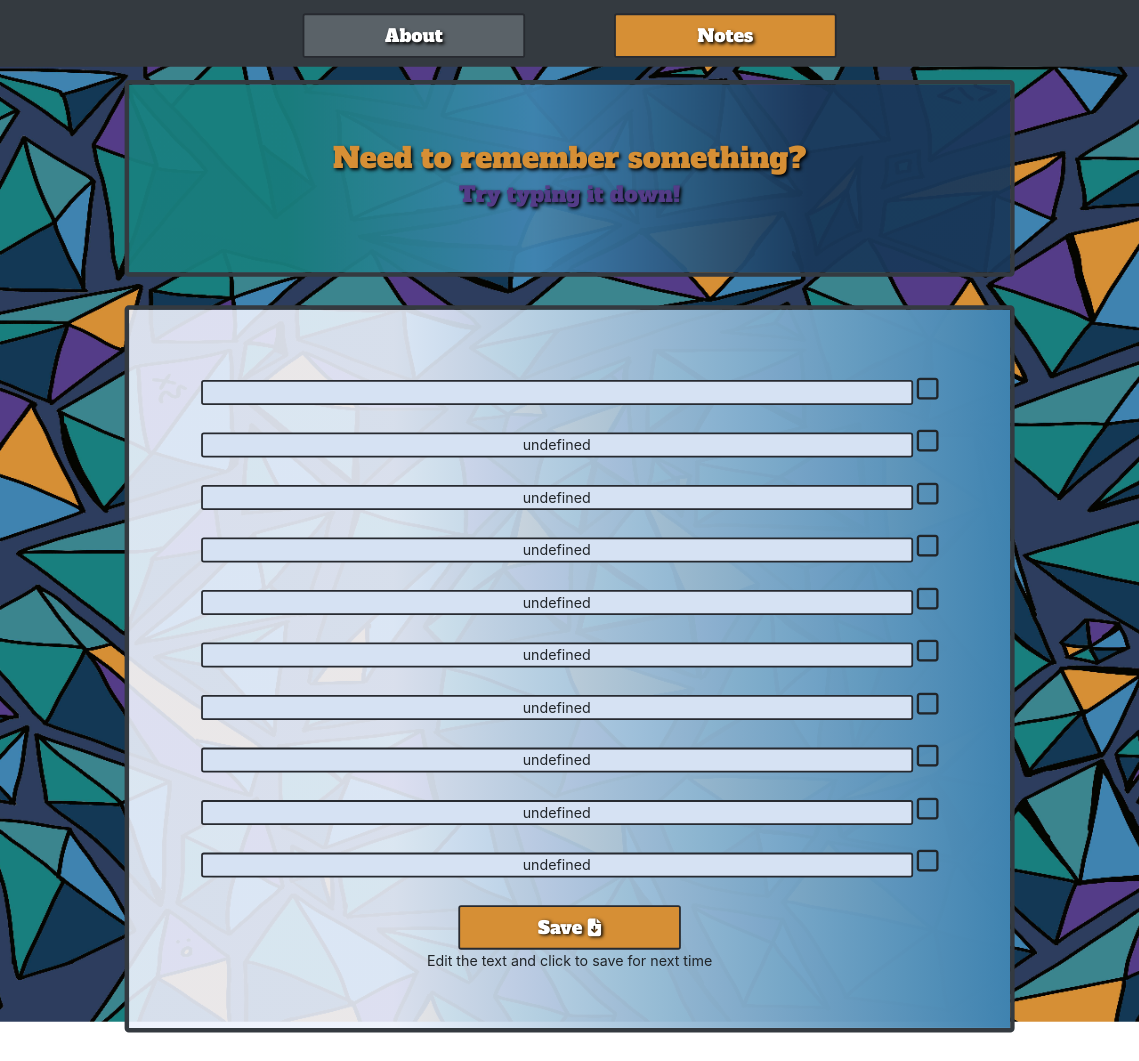
Repository: Kamicoda/Mynote
Page: index.html
The author's editor kept a record of every edit. The page is drawn from the files as they stood at one moment, then again after the next edit.
The browser window is 1280 px wide. The pictures show the whole page, at 89% of full size.
The pointer rests on the first visible `.btn-secondary`.
Backgrounds fixed to the window are drawn as part of the page. Some web fonts or font styles are not loaded; a fallback is used. Some web libraries are served in a nearby version.

Above is the page before.

### index.html
<!DOCTYPE html>
<html lang="en">

<head>
    <meta charset="UTF-8">
    <meta name="viewport" content="width=device-width, initial-scale=1.0">
    <meta http-equiv="X-UA-Compatible" content="ie=edge">
    <title>Document</title>


    <!--Bootstrap-->
    <link rel="stylesheet" href="https://maxcdn.bootstrapcdn.com/bootstrap/4.2.1/css/bootstrap.min.css" type="text/css" />
    <link rel="stylesheet" href="https://cdnjs.cloudflare.com/ajax/libs/hover.css/2.3.1/css/hover-min.css" type="text/css" />
    <!--Css-->
    <link rel="stylesheet" href="assets/style/style.css" type="text/css" />
    <link href="https://fonts.googleapis.com/css?family=Alfa+Slab+One&display=swap" rel="stylesheet">
    <!--Jquery-->
    <script src="https://code.jquery.com/jquery-3.4.1.min.js" integrity="sha256-CSXorXvZcTkaix6Yvo6HppcZGetbYMGWSFlBw8HfCJo=" crossorigin="anonymous"></script>

    <!--Scripts-->
    <script src="https://kit.fontawesome.com/06adabaaa3.js"></script>
    <script type="text/javascript" src="assets/js/script1.js"></script>
    <script type="text/javascript" src="assets/js/script2.js"></script>


</head>

<body class="bgbody" onload="checkEdits()">

    <!--navigation-->
    <div class="container-fluid bg-dark">
        <ul class="nav justify-content-center w-100">
            <li class="nav-item">
                <button id="aboutNav" type="button" class="btn btn-secondary btn-lg border border-light">About</button>
            </li>
            <li class="nav-item">
                <button id="notesNav" type="button" class="btn btn-primary btn-lg border border-light">Notes</button>
            </li>

        </ul>
    </div>

    <div class="jumbotron border border-dark header bg-grey mx-auto">
        <div class="row">
            <div id="headerwelcome" class="col-12">
                <h2 class="fancytext"> Need to remember something?</h2>
                <h4 class="fancytextsm">Try typing it down!</h4>
            </div>

            <div id="headerabout" class="col-12">
                <h2 class="fancytext"> Aboot, Abouut, Abuuut!</h2>
                <h4 class="fancytextsm">have a quick read</h4>
            </div>

            <div id="headernotes" class="col-12">
                <h2 class="fancytext"> Don't forget to not forget!</h2>
                <h4 class="fancytextsm">Also don't forget to keep it stupidly simple</h4>
            </div>
        </div>
    </div>

    <div class="jumbotron border border-dark cont header mx-auto">
        <div class="container-flex">


            <section id="aboutSec">
                <div class="row">
                    <div class="col-12">
                        <p>here to help you remember!</p>
                        <div class="row">
                            <div class="col-6">
                                <p>this website should make writing things down a little easier there are a few features to be added at some point,
                                but less off that just remember keep calm and make it concice youll get through whatever you need notes for! </p>
                                <hr class="my-2">
                                <p> to use simply type your note and hit save, thats it it will save a note to your local browser storage like how google autofills things for you.</p>
                            </div>
                            <div class="col-4">
                                <div class="catnote"></div>
                                <p>Don't end up like cat note!</p>
                            </div>
                        </div>
                    </div>
                </div>
        </div>
        </section>

        <section id="notesSec">
            <div class="row">

                <div class="col-12">
                    <div id="editList" class="row">

                        <div class="col-12">
                            <p id="edit" contenteditable="true" class="editableP border border-light"></p>
                            <div id="checkBox" class="checkbox">
                                <i id="fasquare" class="far fa-square"></i>
                                <i id="fabox" class="far fa-check-square"></i>
                            </div>
                        </div>

                        <div class="col-12">
                            <p id="edit1" contenteditable="true" class="editableP border border-light"></p>
                            <div id="checkBox1" class="checkbox">
                                <i id="fasquare1" class="far fa-square"></i>
                                <i id="fabox1" class="far fa-check-square"></i>
                            </div>
                        </div>

                        <div class="col-12">
                            <p id="edit2" contenteditable="true" class="editableP border border-light"></p>
                            <div id="checkBox2" class="checkbox">
                                <i id="fasquare2" class="far fa-square"></i>
                                <i id="fabox2" class="far fa-check-square"></i>
                            </div>
                        </div>

                        <div class="col-12">
                            <p id="edit3" contenteditable="true" class="editableP border border-light"></p>
                            <div id="checkBox3" class="checkbox">
                                <i id="fasquare3" class="far fa-square"></i>
                                <i id="fabox3" class="far fa-check-square"></i>
                            </div>
                        </div>

                        <div class="col-12">
                            <p id="edit4" contenteditable="true" class="editableP border border-light"></p>
                            <div id="checkBox4" class="checkbox">
                                <i id="fasquare4" class="far fa-square"></i>
                                <i id="fabox4" class="far fa-check-square"></i>
                            </div>
                        </div>

                        <div class="col-12">
                            <p id="edit5" contenteditable="true" class="editableP border border-light"></p>
                            <div id="checkBox5" class="checkbox">
                                <i id="fasquare5" class="far fa-square"></i>
                                <i id="fabox5" class="far fa-check-square"></i>
                            </div>
                        </div>

                        <div class="col-12">
                            <p id="edit6" contenteditable="true" class="editableP border border-light"></p>
                            <div id="checkBox6" class="checkbox">
                                <i id="fasquare6" class="far fa-square"></i>
                                <i id="fabox6" class="far fa-check-square"></i>
                            </div>
                        </div>

                        <div class="col-12">
                            <p id="edit7" contenteditable="true" class="editableP border border-light"></p>
                            <div id="checkBox7" class="checkbox">
                                <i id="fasquare7" class="far fa-square"></i>
                                <i id="fabox7" class="far fa-check-square"></i>
                            </div>
                        </div>

                        <div class="col-12">
                            <p id="edit8" contenteditable="true" class="editableP border border-light"></p>
                            <div id="checkBox8" class="checkbox">
                                <i id="fasquare8" class="far fa-square"></i>
                                <i id="fabox8" class="far fa-check-square"></i>
                            </div>
                        </div>

                        <div class="col-12">
                            <p id="edit9" contenteditable="true" class="editableP border border-light"></p>
                            <div id="checkBox9" class="checkbox">
                                <i id="fasquare9" class="far fa-square"></i>
                                <i id="fabox9" class="far fa-check-square"></i>
                            </div>

                            <div>
                                <button type="button " onclick="save()" class="btn btn-primary btn-lg border border-light saveButton">Save
                        <i class="fas fa-file-download"></i></button>
                            </div>

                            <div id="update"> Edit the text and click to save for next time </div>
                        </div>
                    </div>
                </div>
            </div>
        </section>
    </div>

</body>
<footer>

</footer>

</html>

### assets/style/style.css
@import url('https://fonts.googleapis.com/css?family=Roboto:100,200,300,400,500,600,700|Exo:100,200,300,400,500,600,700|Six Caps:100,200,300,400,500,600,700');
/* Palette URL: http://paletton.com/#uid=a3K0o0k6J95irOtlmmkmW6wBrbb */

/* Feel free to copy&paste color codes to your application */

/* As RGBa codes */

/*
base-grey
RGB: 38–41–47

dark blu
RGB: 9–26–63

light grey
RGB: 126–135–155

blue
RGB: 48–70–118

light blue
RGB: 102–143–232

*/

/* Generated by Paletton.com © 2002-2014 */

/* http://paletton.com */

/*Colors*/

.bg-dark {
    background-color: rgba(39, 42, 48, 1);
}

.bg-grey {
    background: rgb(24, 127, 126);
    background: linear-gradient(90deg, rgba(24, 127, 126, 0.95) 18%, rgba(63, 131, 176, 0.95) 46%, rgba(25, 56, 90, 0.95) 77%);
}

.bg-light {
    background-color: rgba(72, 63, 57, 0.5);

}

/*background*/

.border-dark {
    margin-top: 15px;
    border-width: 5px !important;

    border-bottom-style: solid;
    border-color: rgba(39, 42, 48, 1);
}

.border-light {
    margin-top: 15px;
    border-width: 2px !important;

    border-bottom-style: solid;
    border-color: rgba(39, 42, 48, 1) !important;
    border-radius: 3px;
}

.bgbody {
    background: url("notesBg.jpg");
    Margin: 0;
    background-position: center;
    background-repeat: no-repeat;
    background-attachment: fixed;
    min-width: 100%;
    z-index: -1;
}

.catnote {
    background: url("catnote.jpg");
    width: 300px;
    height: 218px;
    background-position: center;
}

.navigationbackground {
    position: fixed;
    height: 100%;
    width: 100%;
}

.nav-item {
    margin-left: 50px;
    margin-right: 50px;
    margin-bottom: 10px;
}

.btn {
    border-radius: 0;
    width: 250px;
    border-radius: 3px;
    font-family: 'Alfa Slab One', cursive;
    text-shadow: 2px 2px 4px #000000;
}

.btn-primary {
    background-color: #d68f35;
}
.btn-primary:hover {
    color: #fff;
    background-color: #ffad44;
}

.btn-primary.focus, .btn-primary:focus {
    box-shadow: 0 0 0 0.2rem rgb(243, 187, 116);
}

.btn-primary:not(:disabled):not(.disabled):active, .show>.btn-primary.dropdown-toggle {
    color: #fff;
    background-color: #d68f35;
    border-color: #d68f35;
}

.btn-secondary {
    background-color: #543c88;
}

.header {
    text-align: center;
    width: 1000px;

}

.editableP {
    padding: 5;
    background-color: rgba(214, 226, 243, 1);
    display: inline-block;
    width: 800px;
}

.cont {
    background: rgb(236, 241, 252);
    background: linear-gradient(90deg, rgba(236, 241, 252, 0.9) 30%, rgba(63, 131, 176, 1) 100%);

}


.ul .li {
    list-style: none;
}

.checkbox {
    font-size: 28px;
    display: inline-block;
}

.fancytext {
    font-family: 'Alfa Slab One', cursive;
    color: #d68f35;
    text-shadow: 2px 2px 4px #000000;
}

.fancytextsm {
    font-family: 'Alfa Slab One', cursive;
    color: #543c88;
    text-shadow: 2px 2px 4px #000000;
}

### assets/js/script1.js
//Buttons
$(document).ready(function() {

    $('#aboutSec').toggle();
    $('#notesSec').show();
    $('#gamesSec').toggle();
    $('#linksSec').toggle();
    $('.fa-check-square').toggle();
    $('#headerwelcome').show();
    $('#headerabout').toggle();
    $('#headernotes').toggle();

    //$('#item').toggle();
    //$('#item1').toggle();
    //$('#item2').toggle();

    $('#aboutNav').on('click', function() {
        $('#aboutSec').show(1000);
        $('#notesSec').hide(1000);
        $('#headerwelcome').hide();
        $('#headerabout').show();
        $('#headernotes').hide();
    });

    $('#notesNav').on('click', function() {
        $('#notesSec').show(1000);
        $('#aboutSec').hide(1000);
        $('#headerwelcome').hide();
        $('#headernotes').show();
        $('#headerabout').hide();

    });

    $('#checkBox').on('click', function() {
        $('#fasquare').toggle();
        $('#fabox').toggle();
    });

    $('#checkBox1').on('click', function() {
        $('#fasquare1').toggle();
        $('#fabox1').toggle();
    });

    $('#checkBox2').on('click', function() {
        $('#fasquare2').toggle();
        $('#fabox2').toggle();
    });

    $('#checkBox3').on('click', function() {
        $('#fasquare3').toggle();
        $('#fabox3').toggle();
    });

    $('#checkBox4').on('click', function() {
        $('#fasquare4').toggle();
        $('#fabox4').toggle();
    });

    $('#checkBox5').on('click', function() {
        $('#fasquare5').toggle();
        $('#fabox5').toggle();
    });

    $('#checkBox6').on('click', function() {
        $('#fasquare6').toggle();
        $('#fabox6').toggle();
    });

    $('#checkBox7').on('click', function() {
        $('#fasquare7').toggle();
        $('#fabox7').toggle();
    });

    $('#checkBox8').on('click', function() {
        $('#fasquare8').toggle();
        $('#fabox8').toggle();
    });

    $('#checkBox9').on('click', function() {
        $('#fasquare9').toggle();
        $('#fabox9').toggle();
    });


    // $('#new').on('click', function() {
    //  count += 1;
    //  $('#item' + count).show()
    //$('#editList').append(`<p id="edit` + count + `" contenteditable="true" class="editableP"></p><button type="button " onclick="save`+ count +`()" class="saveButton">Save
    // <i class="fas fa-file-download"></i></button>`);

    // });
});

// this is adding numbers to the ID "edit"
var count = 0;

### assets/js/script2.js

function save() {
localStorage.userEdits = document.getElementById("edit").innerText;
localStorage.userEdits1 = document.getElementById("edit1").innerText;
localStorage.userEdits2 = document.getElementById("edit2").innerText;
localStorage.userEdits3 = document.getElementById("edit3").innerText;
localStorage.userEdits4 = document.getElementById("edit4").innerText;
localStorage.userEdits5 = document.getElementById("edit5").innerText;
localStorage.userEdits6 = document.getElementById("edit6").innerText;
localStorage.userEdits7 = document.getElementById("edit7").innerText;
localStorage.userEdits8 = document.getElementById("edit8").innerText;
localStorage.userEdits9 = document.getElementById("edit9").innerText;

document.getElementById("update").innerHTML="Edits saved!";
}

function checkEdits() {

if(localStorage.userEdits!=null)
document.getElementById("edit").innerHTML = localStorage.userEdits;
document.getElementById("edit1").innerHTML = localStorage.userEdits1;
document.getElementById("edit2").innerHTML = localStorage.userEdits2;
document.getElementById("edit3").innerHTML = localStorage.userEdits3;
document.getElementById("edit4").innerHTML = localStorage.userEdits4;
document.getElementById("edit5").innerHTML = localStorage.userEdits5;
document.getElementById("edit6").innerHTML = localStorage.userEdits6;
document.getElementById("edit7").innerHTML = localStorage.userEdits7;
document.getElementById("edit8").innerHTML = localStorage.userEdits8;
document.getElementById("edit9").innerHTML = localStorage.userEdits9;
}

//original code idea from https://www.developerdrive.com/allowing-users-to-edit-text-content-with-html5/
//with some tweaking


//

After the next edit:
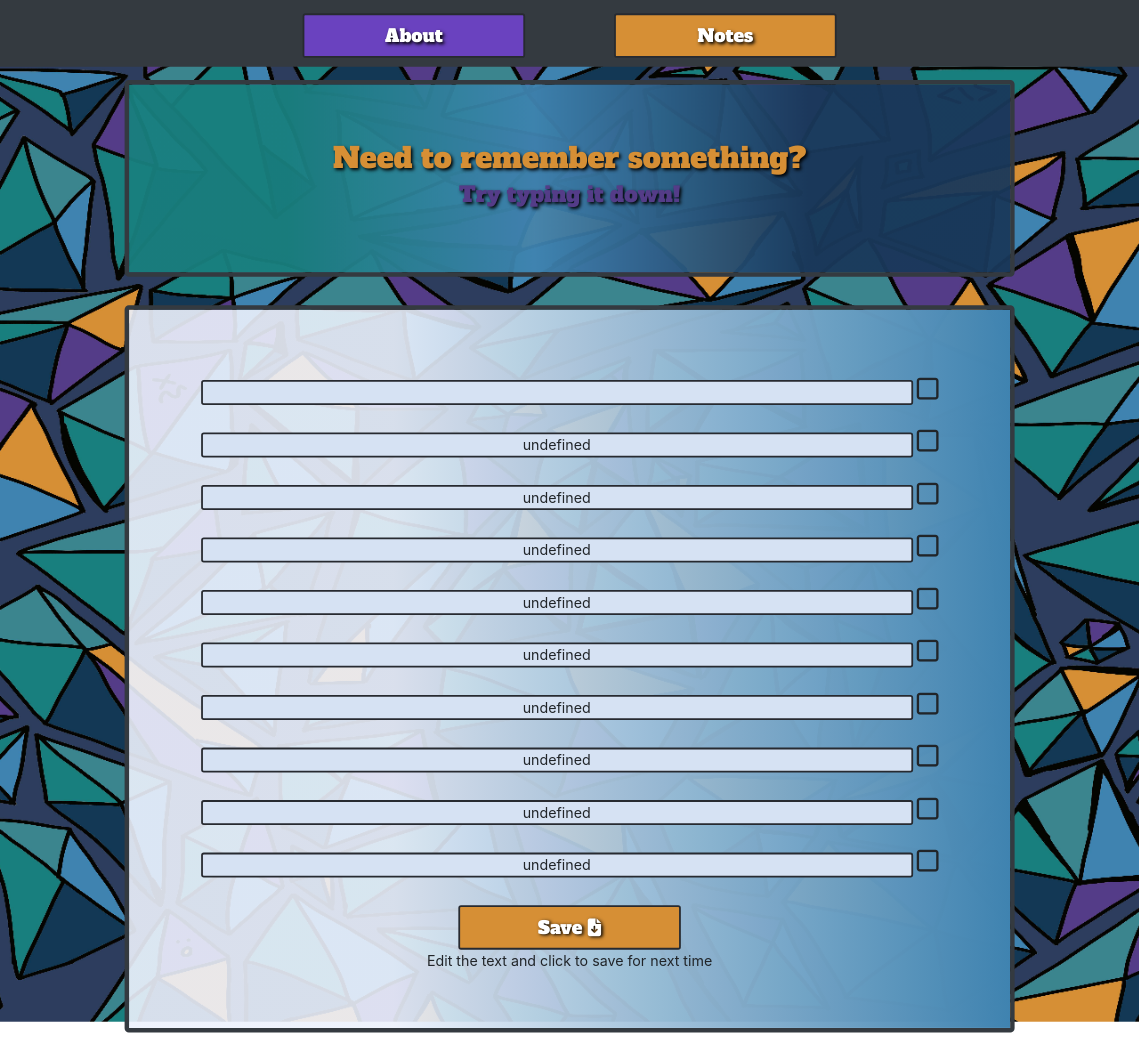
The edit:
--- a/assets/style/style.css
+++ b/assets/style/style.css
@@ -121,6 +121,11 @@
     background-color: #543c88;
 }
 
+.btn-secondary:hover {
+    color: #fff;
+    background-color: #6a42bf;
+}
+
 .header {
     text-align: center;
     width: 1000px;
